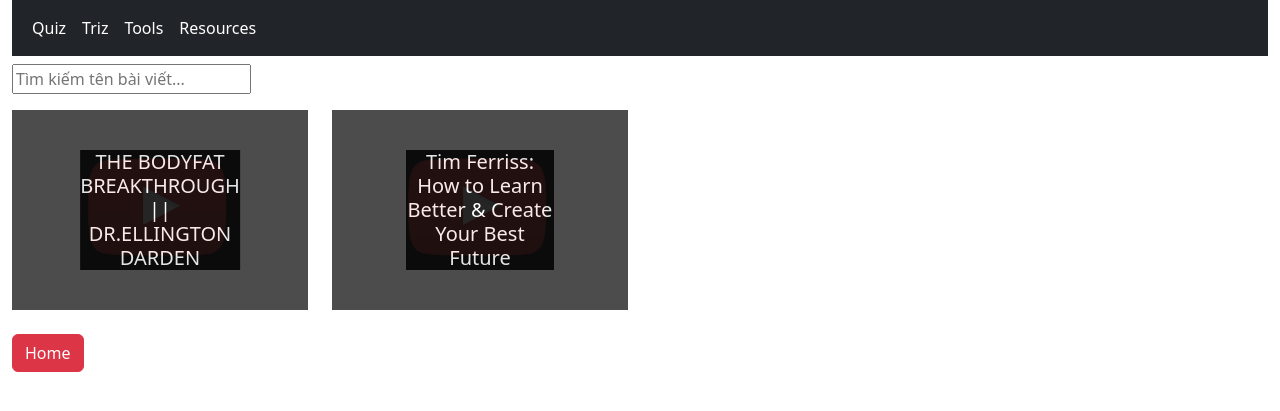
Repository: tran-thien-nhan/quiz_tlln
Page: kho_clips.html
An editor plug-in stored every save of this project. The page is shown before and after the next save, followed by the edit.
The browser window is 1280 px wide. The pictures show the whole page.

Above is the page before, as saved 2023-06-27 00:15:23.

After the next save:
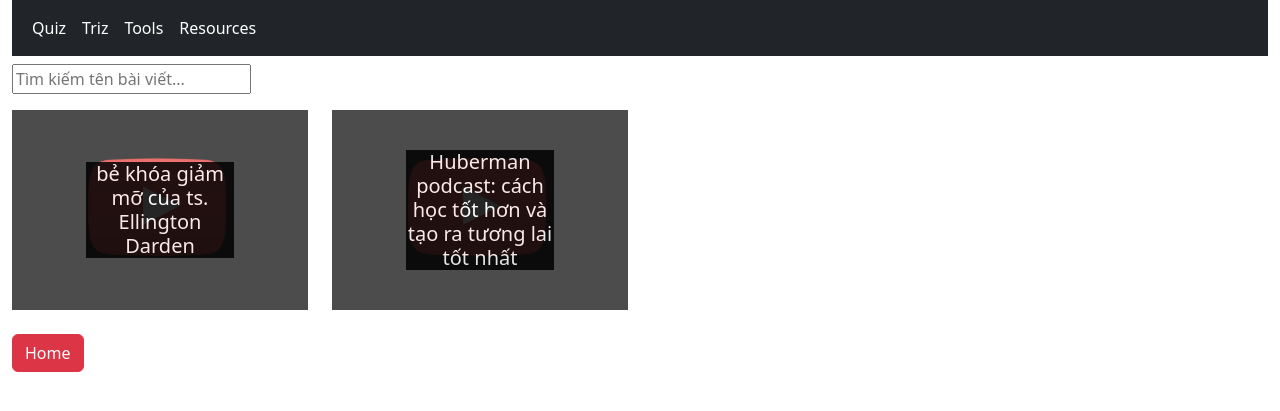
Saved 73 s later.
--- a/kho_clips.json
+++ b/kho_clips.json
@@ -3,12 +3,12 @@
         {
             "link": "https://www.youtube.com/watch?v=7H9XgNfx0h0&t=120s",
             "image_link": "img/youtube_logo.jpg",
-            "title": "THE BODYFAT BREAKTHROUGH || DR.ELLINGTON DARDEN"
+            "title": "bẻ khóa giảm mỡ của ts. Ellington Darden"
         },
         {
             "link": "https://www.youtube.com/watch?v=doupx8SAs5Y&t=467s&pp=ygUIaHViZXJtYW4%3D",
             "image_link": "img/youtube_logo.jpg",
-            "title": "Tim Ferriss: How to Learn Better & Create Your Best Future"
+            "title": "Huberman podcast: cách học tốt hơn và tạo ra tương lai tốt nhất"
         }
     ]
 }
